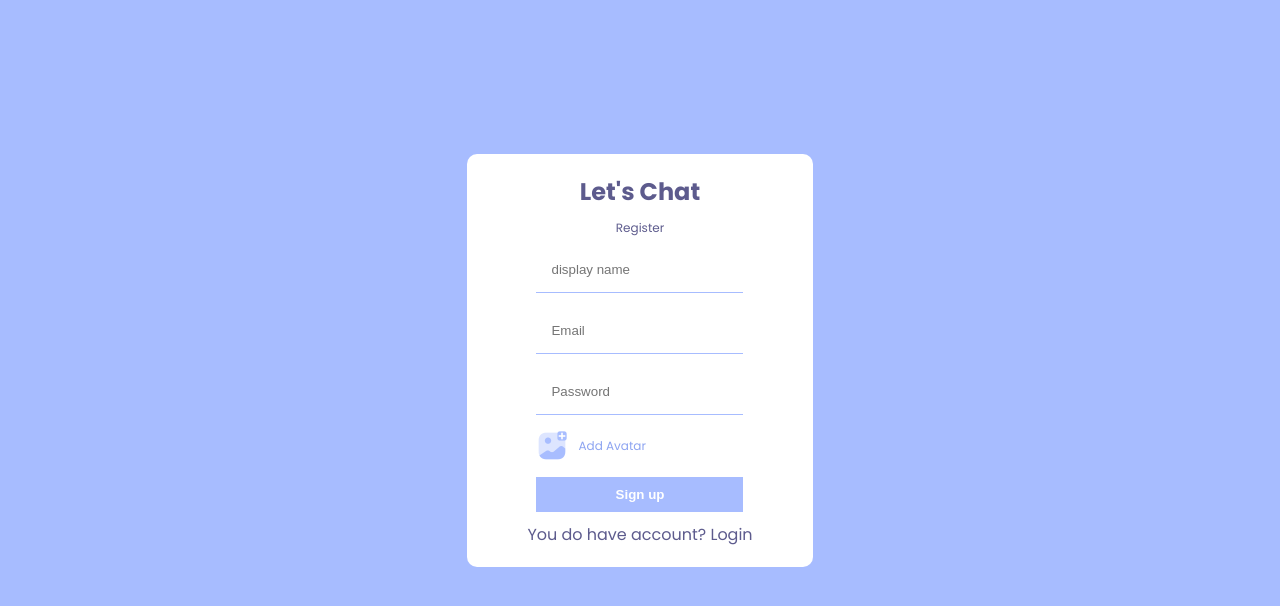
Repository: shikubro90/chatapp
Page: /
An editor plug-in stored every save of this project. The page is shown before and after the next save, followed by the edit.
The browser window is 1280 px wide. The pictures show the whole page.
The project was rebuilt for these pictures with package versions that can differ from the ones it lists, and the page was loaded fresh each time.

Above is the page before, as saved 2022-09-08 16:05:46.

### src/App.js
import './App.css';
import Register from './pages/Register';
import './style.scss'

function App() {
  return (
    <div className="App">
      <Register/>
    </div>
  );
}

export default App;

### src/App.css
@import url(https://fonts.googleapis.com/css?family=Poppins:100,100italic,200,200italic,300,300italic,regular,italic,500,500italic,600,600italic,700,700italic,800,800italic,900,900italic);



*{
  margin: 0;
  padding: 0;
}

body,html{
  font-family: "Poppins", sans-serif, system-ui, -apple-system, BlinkMacSystemFont, 'Segoe UI', Roboto, Oxygen, Ubuntu, Cantarell, 'Open Sans', 'Helvetica Neue', sans-serif;
  box-sizing: border-box;
}


/* .App {
  text-align: center;
}

.App-logo {
  height: 40vmin;
  pointer-events: none;
}

@media (prefers-reduced-motion: no-preference) {
  .App-logo {
    animation: App-logo-spin infinite 20s linear;
  }
}

.App-header {
  background-color: #282c34;
  min-height: 100vh;
  display: flex;
  flex-direction: column;
  align-items: center;
  justify-content: center;
  font-size: calc(10px + 2vmin);
  color: white;
}

.App-link {
  color: #61dafb;
}

@keyframes App-logo-spin {
  from {
    transform: rotate(0deg);
  }
  to {
    transform: rotate(360deg);
  }
} */

### src/pages/Register.jsx
import Add from '../img/addAvatar.png'

const Register = () => {
  return (
    <div className='formContainer'>
        <div className="formWrapper">

            <span className='logo'>Let's Chat</span>
            <span className='title'>Register</span>

            <form action="">
                <input type="text" placeholder='display name' />
                <input type="email" placeholder='Email'/>
                <input type="password" placeholder='Password'/>
                <input type="file" style={{display:"none"}} id="file" />
                <label htmlFor="file">
                  <img src={Add} alt="" />
                  <span>Add Avatar</span>
                </label>
                <button>Sign up</button>
            </form>

            <p>You do have account? Login</p>

        </div>
    </div>
  )
}

export default Register

### src/style.scss
.formContainer{
    background-color: #a7bcff;
    height: 100vh;
    display: flex;
    align-items: center;
    justify-content: center;

    .formWrapper{

        background-color: white;
        padding: 20px 60px;
        border-radius: 10px;
        display: flex;
        flex-direction: column;
        gap: 10px;
        align-items: center;

        form{

            display: flex;
            flex-direction: column;
            gap: 15px;

            input{
                padding: 15px;
                border: none;
                border-bottom: 1px solid #a7bcff;
                outline: none;
            }&::placeholder{
                color: rgba(175, 175, 175);
            }

            button{
                background-color: #a7bcff;
                color: white;
                padding: 10px;
                font-weight: bold;
                border: none;
                cursor: pointer;
            }

            label{
                display: flex;
                align-items: center;
                color: #8da4f1;
                gap: 10px;
                font-size: 12px;
                cursor: pointer;

                img{
                    width: 32px;
                }
            }
        }

        p{
            color: #5d5b8d;

        }

        .logo{
            color: #5d5b8d;
            font-weight: bold;
            font-size: 24px;
        }

        .title{
            color: #5d5b8d;
            font-size: 12px;
        }
    }
}

Loaded but not shown: src/index.js (common file)

After the next save:
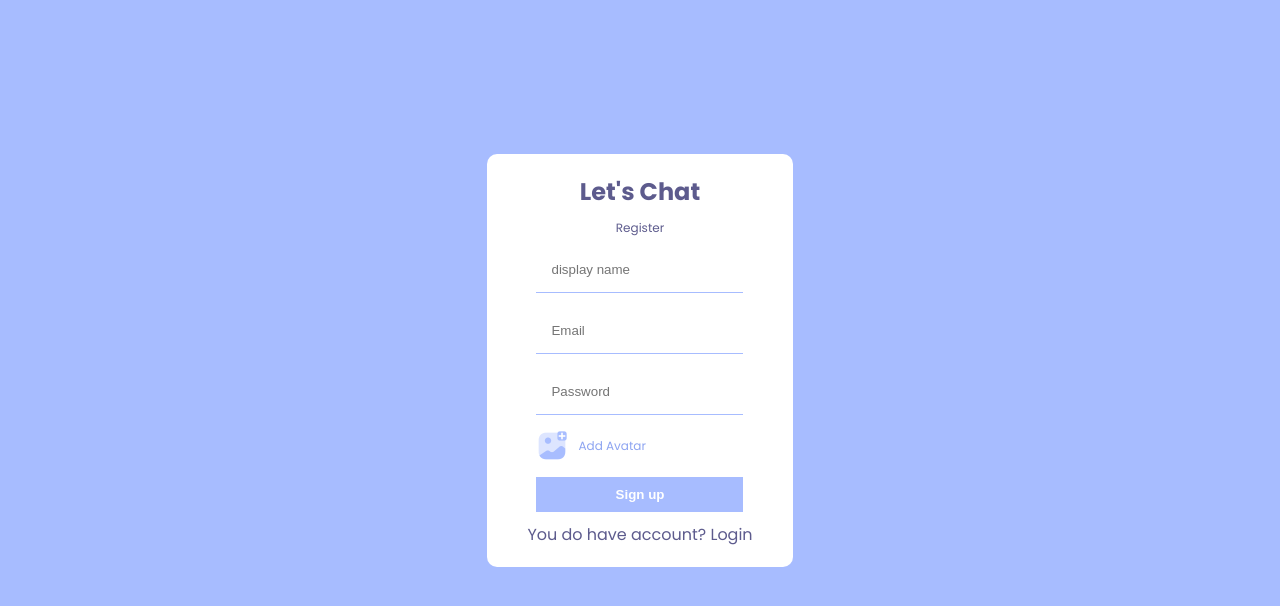
Saved 83 s later.
--- a/src/style.scss
+++ b/src/style.scss
@@ -8,7 +8,7 @@
     .formWrapper{
 
         background-color: white;
-        padding: 20px 60px;
+        padding: 20px 40px;
         border-radius: 10px;
         display: flex;
         flex-direction: column;
